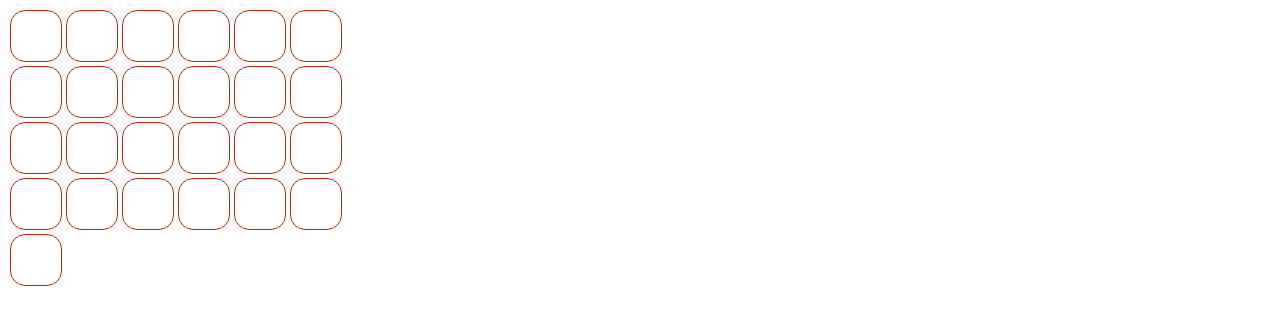
Repository: LechCieslak/anchor_and_anchois
Page: index.html
An editor plug-in stored every save of this project. The page is shown before and after the next save, followed by the edit.
The browser window is 1280 px wide. The pictures show the whole page.

Above is the page before, as saved 2020-04-20 21:51:40.

After the next save:
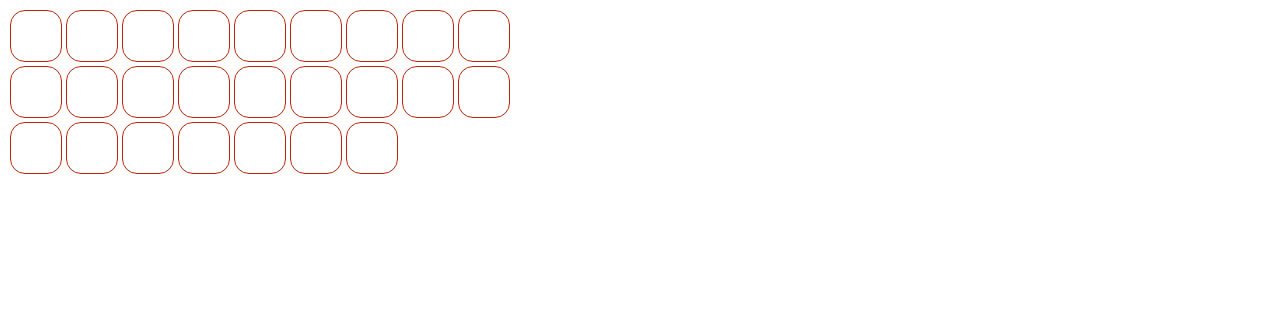
Saved 89 s later.
--- a/style.css
+++ b/style.css
@@ -5,7 +5,7 @@
 
 .row {
     display: inline-block;
-    width: 350px;
+    width: 500px;
     margin: 10px;
  }
 
